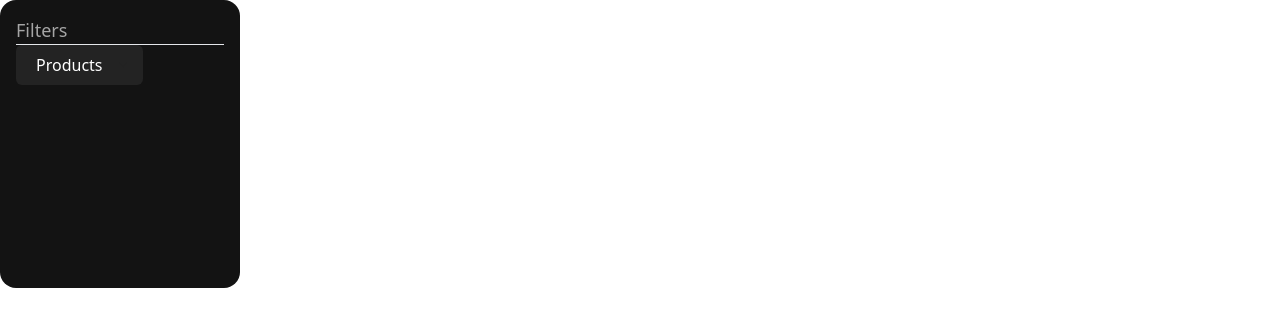
Repository: SayedJamil/Edvora-app
Page: /leftcard
The author's editor kept a copy of each file at every save. The page is drawn from the files as they stood at one save, then again after a run of saves.
The browser window is 1280 px wide. The pictures show the whole page.
The project was rebuilt for these pictures with package versions that can differ from the ones it lists, and the page was loaded fresh each time. The framework's server and built-in components were replaced by stand-ins that run in the browser. Also part of the build but not shown: next.config.js.

Above is the page before, as saved 2021-12-19 16:07:23.

### pages/leftcard.js
function leftcard() {
    return (
        <div className="h-72 w-60 bg-[#131313] rounded-2xl p-4">
            <h3 className="text-[#A5A5A5] font-light text-lg">Filters</h3>
            <div className="w-full bg-gray-200 h-px"></div>
            <div class="relative inline-flex">
                <svg class="w-2 h-2 absolute top-0 right-0 m-4 pointer-events-none" xmlns="http://www.w3.org/2000/svg" viewBox="0 0 412 232"><path d="M206 171.144L42.678 7.822c-9.763-9.763-25.592-9.763-35.355 0-9.763 9.764-9.763 25.592 0 35.355l181 181c4.88 4.882 11.279 7.323 17.677 7.323s12.796-2.441 17.678-7.322l181-181c9.763-9.764 9.763-25.592 0-35.355-9.763-9.763-25.592-9.763-35.355 0L206 171.144z" fill="#232323" fill-rule="nonzero" /></svg>
                <select class="rounded-md h-10 pl-5 pr-10 bg-[#232323] hover:border-[#232323] focus:outline-none appearance-none outline-none text-white">
                    <option>Products </option>
                    <option>Red</option>
                    <option>Blue</option>
                </select>
            </div>

        </div>
    )
}

export default leftcard

### styles/globals.css
body {
  margin: 0;
  padding: 0;
}
@tailwind base;
@tailwind components;
@tailwind utilities;

Loaded but not shown: pages/_app.js (common file); tailwind.config.js (common file)

After the next 3 saves:
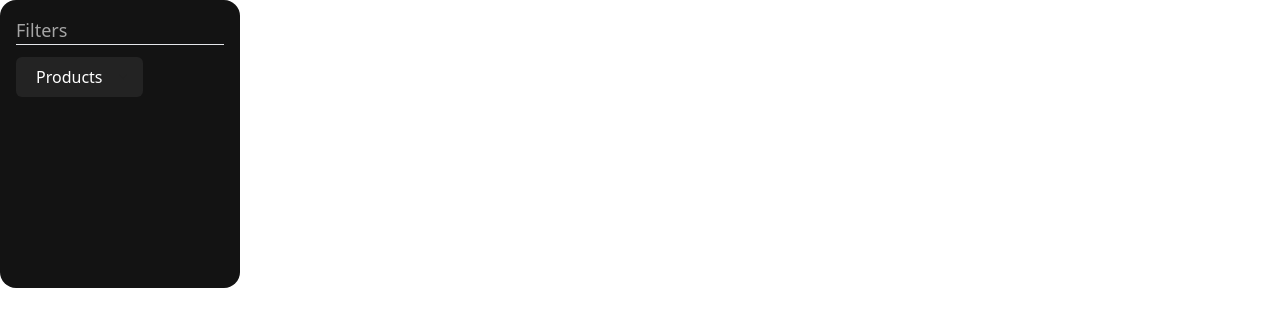
The 3 saves are shown as one change because they came seconds apart.
The last was saved 13 s later.
--- a/pages/leftcard.js
+++ b/pages/leftcard.js
@@ -2,7 +2,7 @@ function leftcard() {
     return (
         <div className="h-72 w-60 bg-[#131313] rounded-2xl p-4">
             <h3 className="text-[#A5A5A5] font-light text-lg">Filters</h3>
-            <div className="w-full bg-gray-200 h-px"></div>
+            <div className="w-full bg-gray-200 h-px mb-3"></div>
             <div class="relative inline-flex">
                 <svg class="w-2 h-2 absolute top-0 right-0 m-4 pointer-events-none" xmlns="http://www.w3.org/2000/svg" viewBox="0 0 412 232"><path d="M206 171.144L42.678 7.822c-9.763-9.763-25.592-9.763-35.355 0-9.763 9.764-9.763 25.592 0 35.355l181 181c4.88 4.882 11.279 7.323 17.677 7.323s12.796-2.441 17.678-7.322l181-181c9.763-9.764 9.763-25.592 0-35.355-9.763-9.763-25.592-9.763-35.355 0L206 171.144z" fill="#232323" fill-rule="nonzero" /></svg>
                 <select class="rounded-md h-10 pl-5 pr-10 bg-[#232323] hover:border-[#232323] focus:outline-none appearance-none outline-none text-white">
